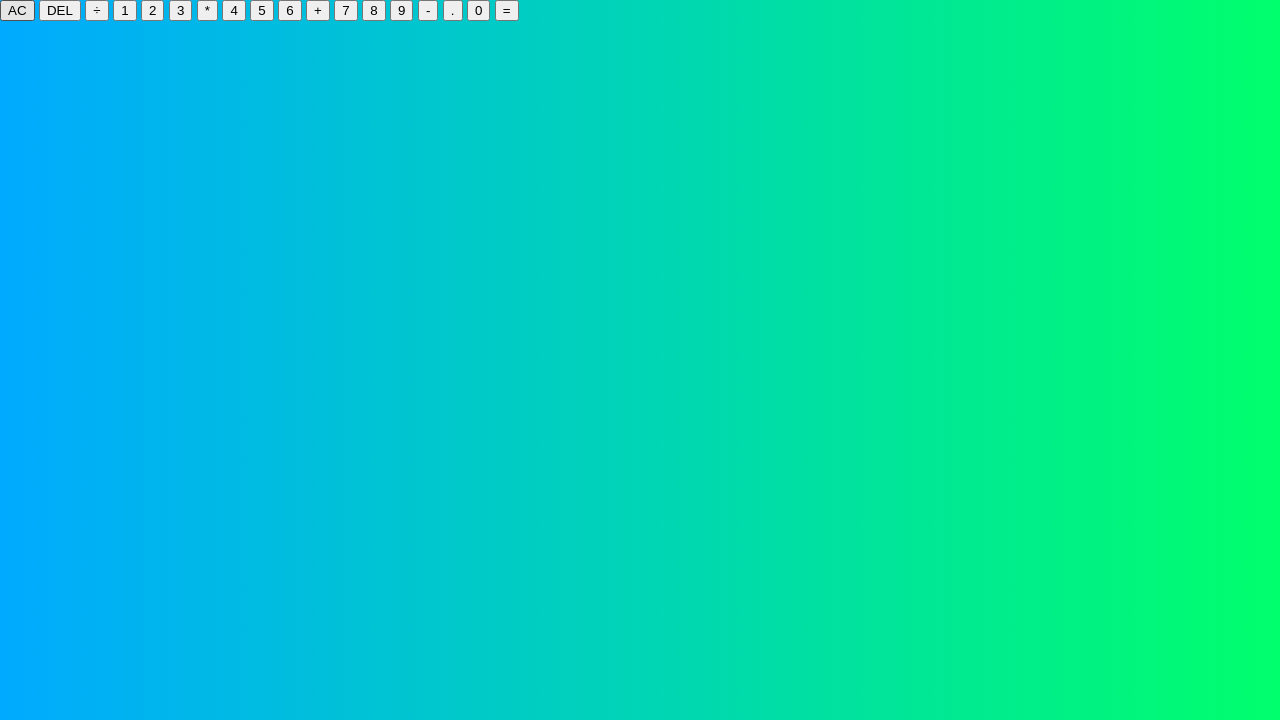
Repository: weazzyefff/Calculator-YT-Tutorial-
Page: index.html
The author's editor kept a copy of each file at every save. The page is drawn from the files as they stood at one save, then again after the next save.
The browser window is 1280 px wide. The pictures show the whole page.

Above is the page before, as saved 2022-12-23 12:04:30.

After the next save:
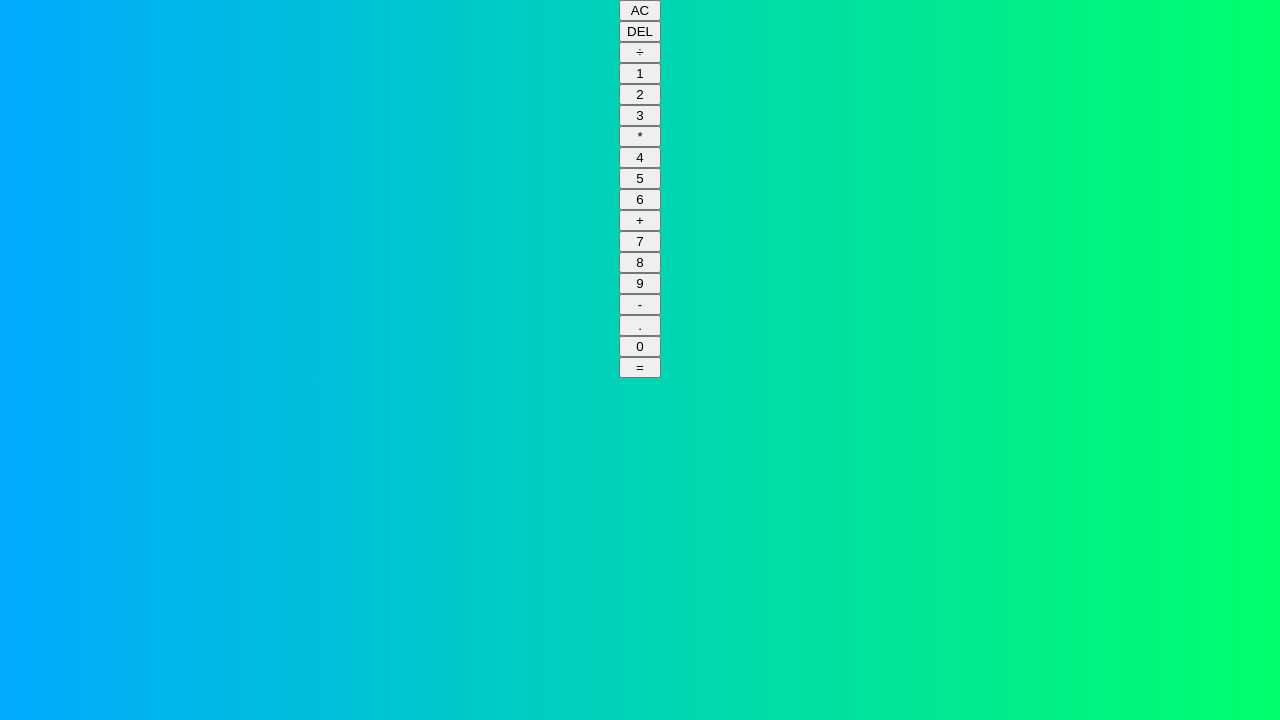
Saved 2 min 12 s later.
--- a/index.html
+++ b/index.html
@@ -8,7 +8,7 @@
     <script src="script.js" defer></script>
 </head>
 <body>
-    <div class="calculator-grid"></div>
+    <div class="calculator-grid">
     <div class="output">
         <div class="previous-operand"></div>
         <div class="current-operand"></div>
@@ -31,6 +31,7 @@
     <button>.</button>
     <button>0</button>
     <button class="span-two">=</button>
+    </div>
 
 </body>
 </html>
